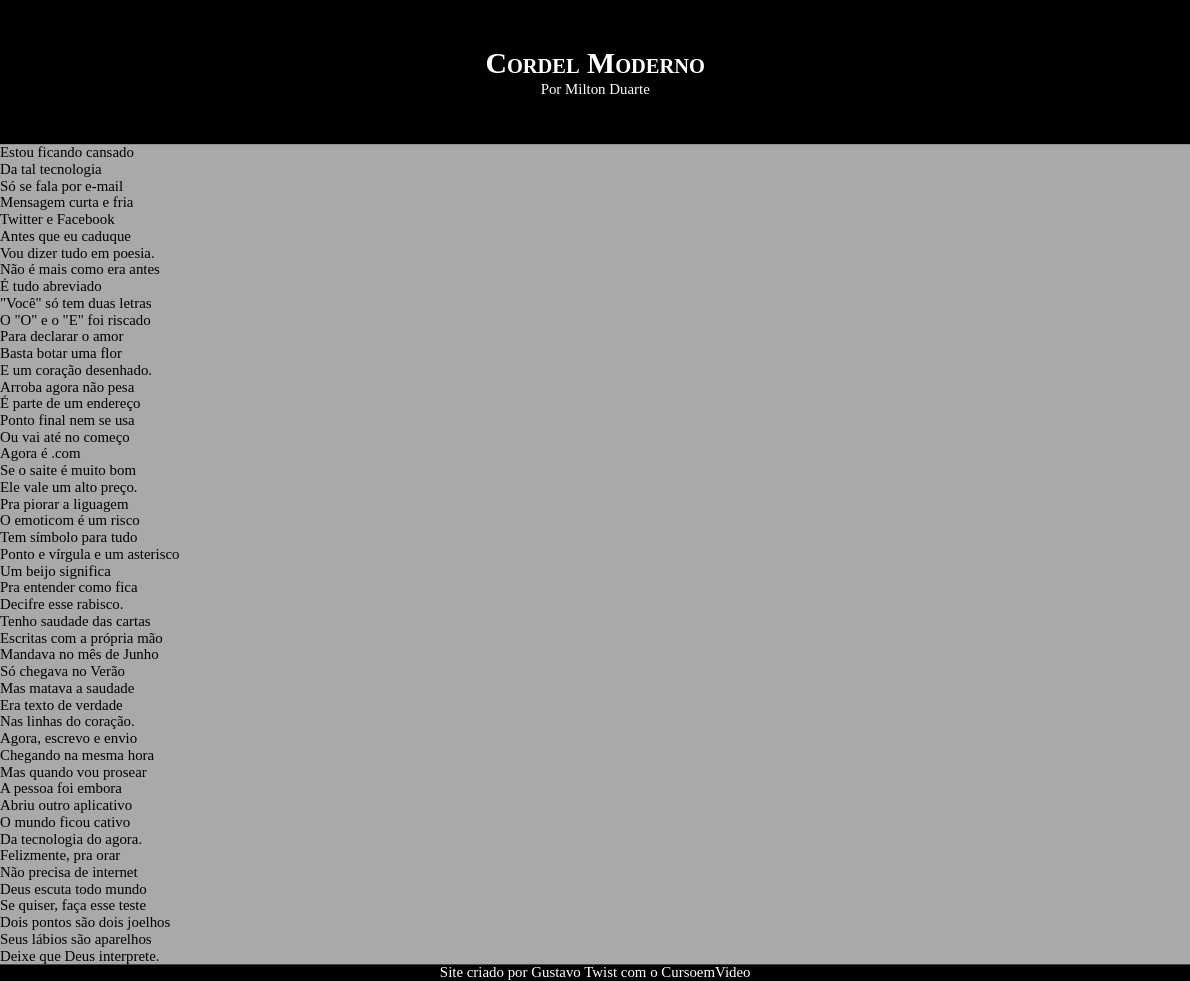
Repository: gustavotwist/projeto-cordel
Page: index.html
These files come from the project's save history. The page is drawn as it stood at one moment and after a run of saves; the edit follows.
The browser window is 1280 px wide. The pictures show the whole page, at 93% of full size.

Above is the page before, as saved 2024-04-19 13:52:05.

### index.html
<!DOCTYPE html>
<html lang="pt-br">
<head>
    <meta charset="UTF-8">
    <meta name="viewport" content="width=device-width, initial-scale=1.0">
    <title>Cordel Moderno</title>
    <link rel="stylesheet" href="estilo/style.css">
</head>
<body>
    <header>
        <h1>
            Cordel Moderno
        </h1>
        <p>
            Por <a href="https://www.recantodasletras.com.br/poesias/3186743" target="_blank">Milton Duarte</a>
        </p>
    </header>

    <section class="normal">
        <p>
            Estou ficando cansado <br>
            Da tal tecnologia <br>
            Só se fala por e-mail <br>
            Mensagem curta e fria <br>
            Twitter e Facebook <br>
            Antes que eu caduque <br>
            Vou dizer tudo em poesia.
        </p>
    </section>

    <section class="imagem">
        <p>
            Não é mais como era antes <br>
            É tudo abreviado <br>
            "Você" só tem duas letras <br>
            O "O" e o "E" foi riscado <br>
            Para declarar o amor <br>
            Basta botar uma flor <br>
            E um coração desenhado.
        </p>
    </section>

    <section class="normal">
        <p>
            Arroba agora não pesa <br>
            É parte de um endereço <br>
            Ponto final nem se usa <br>
            Ou vai até no começo <br>
            Agora é .com <br>
            Se o saite é muito bom <br>
            Ele vale um alto preço. <br>
        </p>

        <p>
            Pra piorar a liguagem <br>
            O emoticom é um risco <br>
            Tem símbolo para tudo <br>
            Ponto e vírgula e um asterisco <br>
            Um beijo significa <br>
            Pra entender como fica <br>
            Decifre esse rabisco.
        </p>
    </section>

    <section class="imagem">
        <p>
            Tenho saudade das cartas <br>
            Escritas com a própria mão <br>
            Mandava no mês de Junho <br>
            Só chegava no Verão <br>
            Mas matava a saudade <br>
            Era texto de verdade <br>
            Nas linhas do coração.
        </p>
    </section>

    <section class="normal">
        <p>
            Agora, escrevo e envio <br>
            Chegando na mesma hora <br>
            Mas quando vou prosear <br>
            A pessoa foi embora <br>
            Abriu outro aplicativo <br>
            O mundo ficou cativo <br>
            Da tecnologia do agora.
        </p>


        <p>
            Felizmente, pra orar <br>
            Não precisa de internet <br>
            Deus escuta todo mundo <br>
            Se quiser, faça esse teste <br>
            Dois pontos são dois joelhos <br>
            Seus lábios são aparelhos <br>
            Deixe que Deus interprete.
        </p>
    </section>

    <footer>
        <p>Site criado por <a href="https://github.com/gustavotwist" target="_blank">Gustavo Twist</a> com o <a href="https://www.cursoemvideo.com" target="_blank">CursoemVideo</a></p>
    </footer>
</body>
</html>

### estilo/style.css
@charset "UTF-8";

* {
    margin: 0px;
    padding: 0px;
}

html, body {
    min-height: 100vh;
    background-color: darkgray;
}

header {
    background-color: black;
    color: white;
    text-align: center;
}

header > h1 {
    padding-top: 50px;
    font-variant: small-caps;
}

header > p {
    padding-bottom: 50px;
}

header a, footer a {
    color: white;
    text-decoration: none;
}

header a:hover, footer a:hover {
    text-decoration: underline;
}

footer {
    background-color: black;
    color: white;
    text-align: center;
    padding-bottom: ;
}

After the next 4 saves:
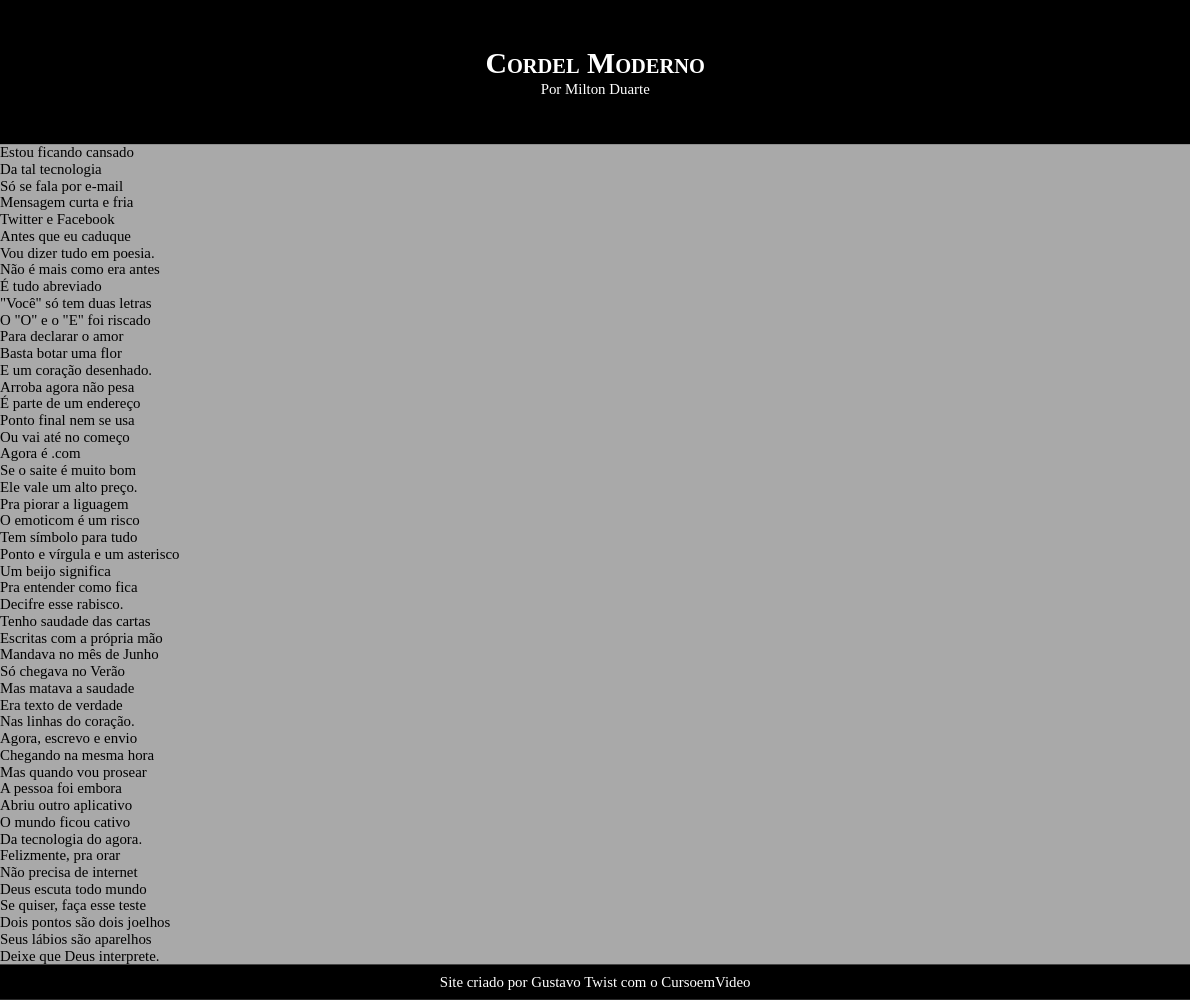
The 4 saves are shown as one change because they came seconds apart.
The last was saved 13 s later.
--- a/estilo/style.css
+++ b/estilo/style.css
@@ -38,5 +38,5 @@ footer {
     background-color: black;
     color: white;
     text-align: center;
-    padding-bottom: ;
+    padding: 10px;
 }
